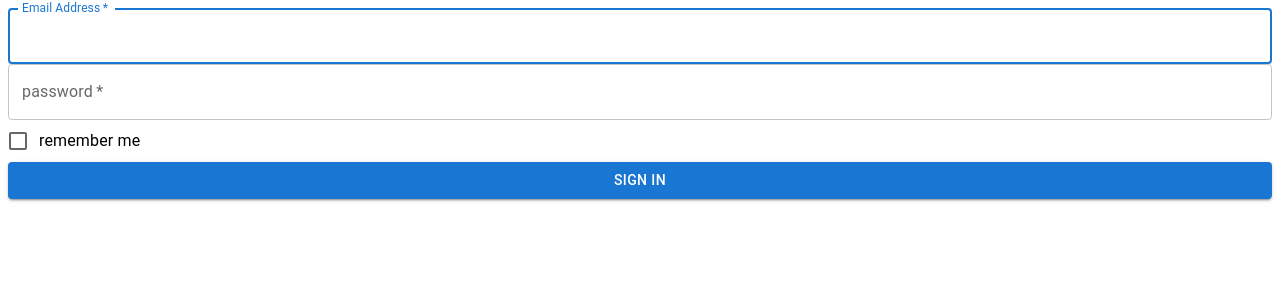
Repository: chlwpdnswku/nextjsportpolioclone
Page: /
An editor plug-in stored every save of this project. The page is shown before and after the next save, followed by the edit.
The browser window is 1280 px wide. The pictures show the whole page.
The project was rebuilt for these pictures with package versions that can differ from the ones it lists, and the page was loaded fresh each time. The framework's server and built-in components were replaced by stand-ins that run in the browser. Also part of the build but not shown: next.config.js.

Above is the page before, as saved 2022-08-05 16:49:51.

After the next save:
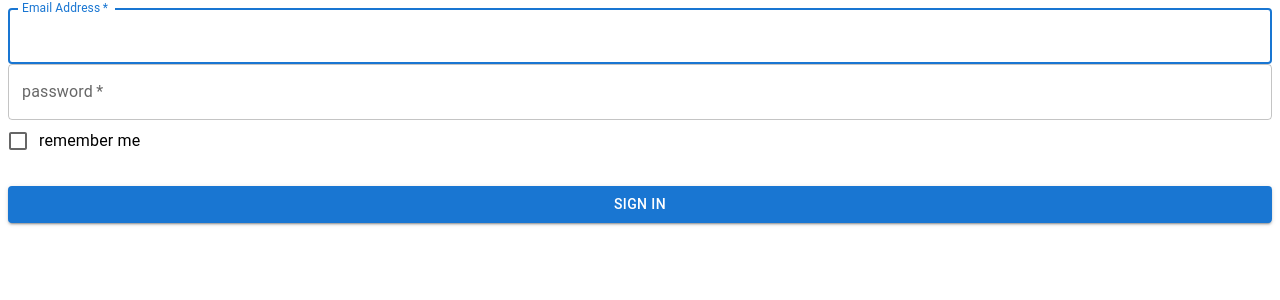
Saved 19 s later.
--- a/pages/index.tsx
+++ b/pages/index.tsx
@@ -38,7 +38,7 @@ const Home: NextPage = () => {
       ></FormControlLabel>
 
       {/* 서버로 보내는 서브밋 타이틀을 만들어줌. */}
-      <Button type='submit' fullWidth variant='contained'>
+      <Button type='submit' fullWidth variant='contained' sx={{ mt: 3, mb: 2 }}>
         SIGN IN
       </Button>
     </>
